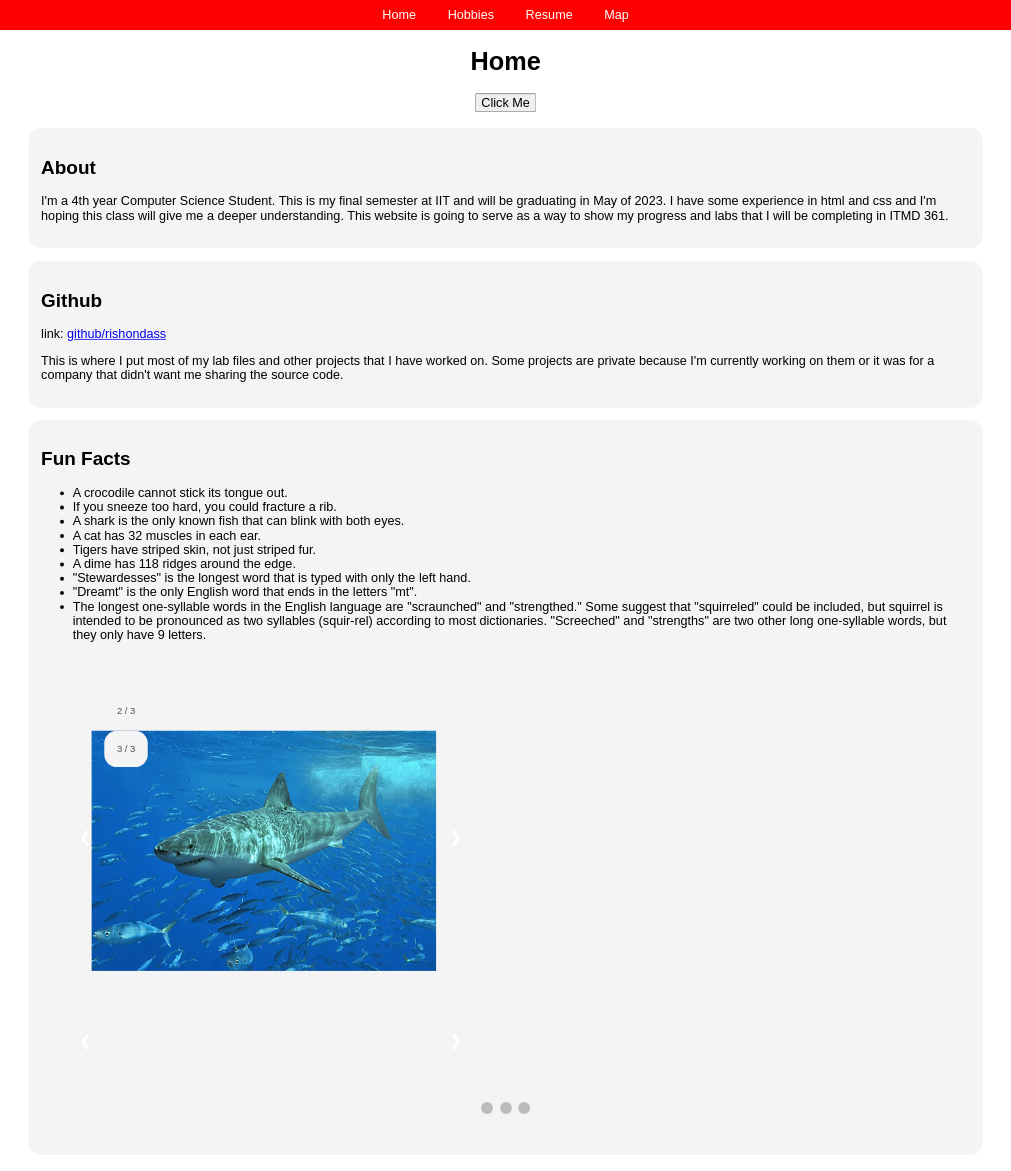
Repository: rishondass/ITMD361-Project3
Page: index.html
These files come from the project's save history. The page is drawn as it stood at one moment and after the next save; the edit follows.
The browser window is 1280 px wide. The pictures show the whole page, at 79% of full size.

Above is the page before, as saved 2023-04-28 18:31:33.
Console error: TypeError: Cannot read properties of undefined (reading 'style')

After the next save:
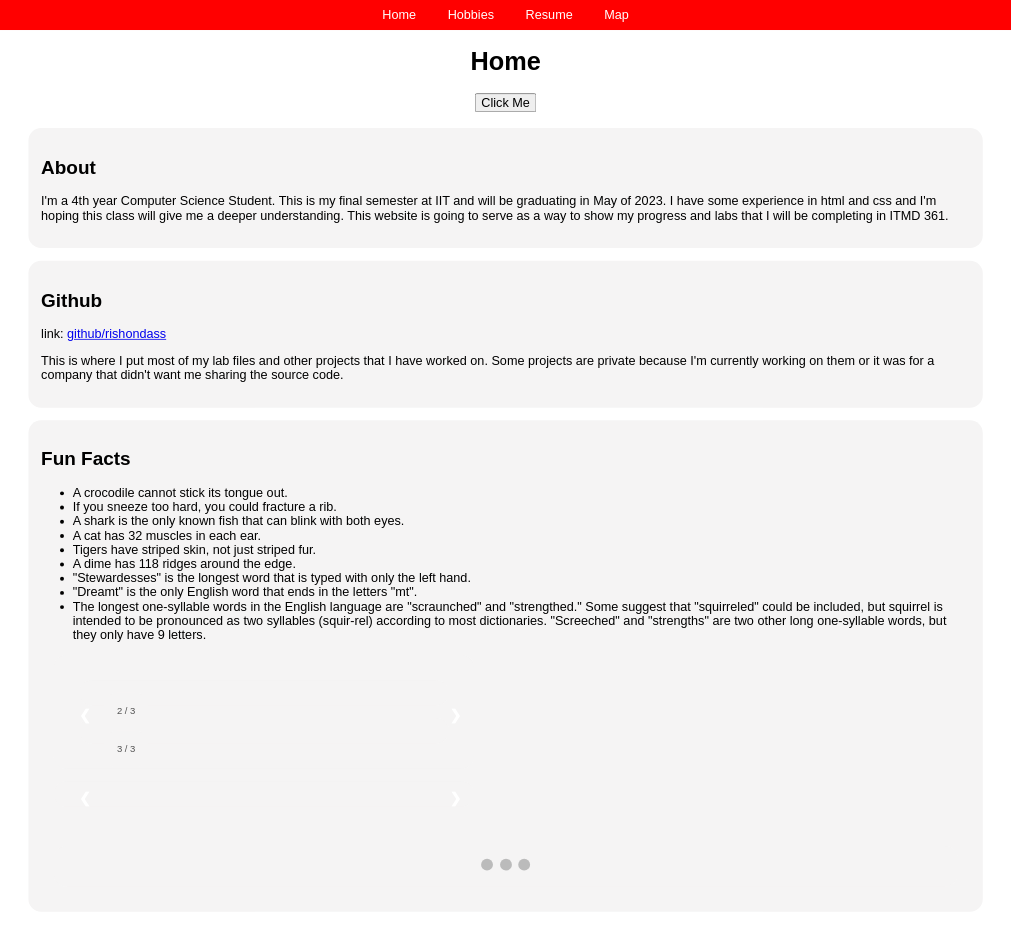
Saved 9 s later.
--- a/index.html
+++ b/index.html
@@ -101,7 +101,7 @@
 
         <div class="slideshow-container">
           <div class="numbertext">3 / 3</div>
-          <img src="images/white_shark.jpg" alt="image_of_shark" style="width:100%">
+
         </div>
         <a class="prev" onclick="plusSlides(-1)">&#10094;</a>
         <a class="next" onclick="plusSlides(1)">&#10095;</a>
